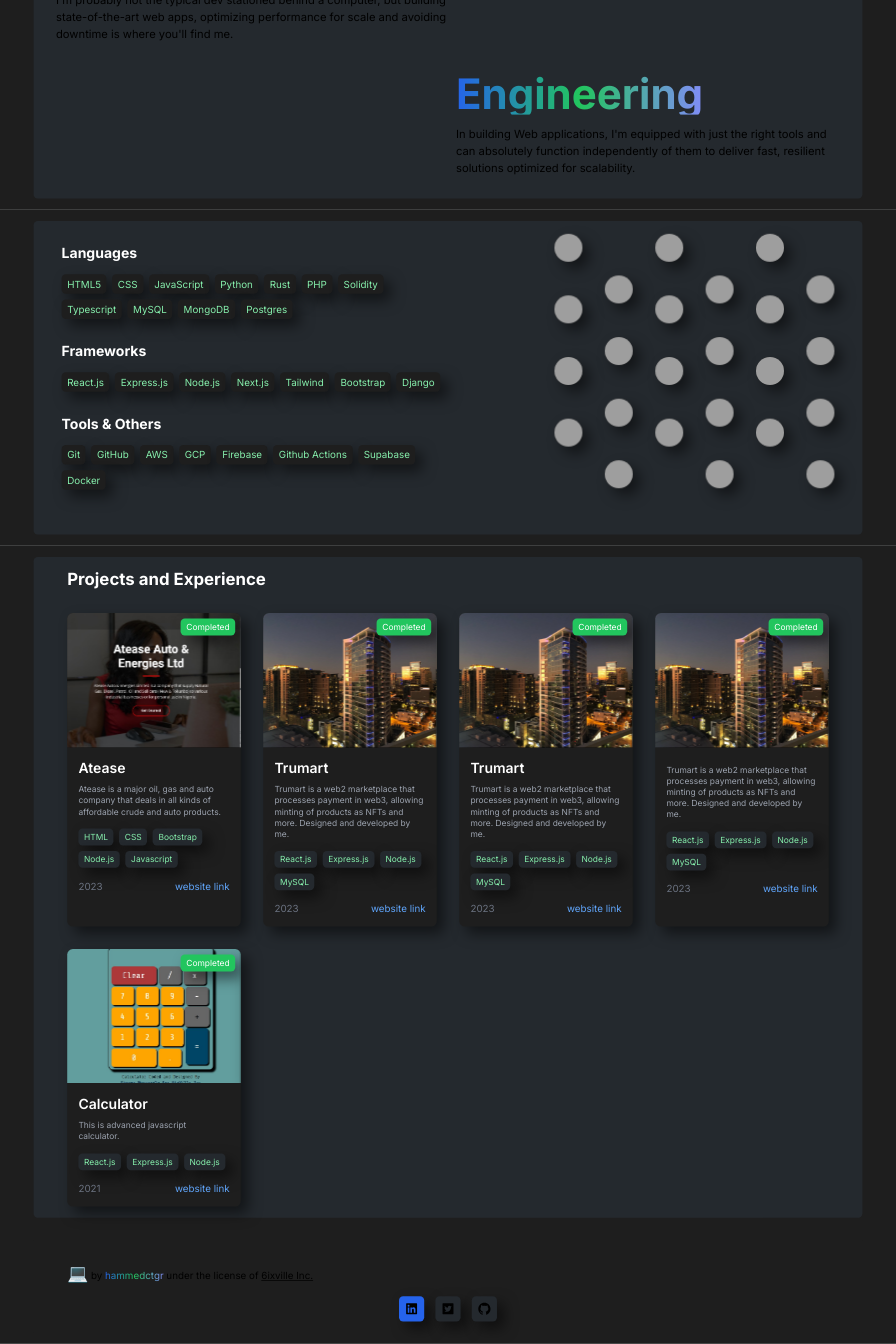
Repository: muhammedctgr/hammedctgr
Page: /
The author's editor kept a copy of each file at every save. The page is drawn from the files as they stood at one save, then again after the next save.
The browser window is 1280 px wide. The pictures show the part of the page from y = 744 to 2664 px (the page is 2664 px tall), at 70% of full size.
Pictures or frames that could not be fetched are drawn as grey boxes. The project was rebuilt for these pictures with package versions that can differ from the ones it lists, and the page was loaded fresh each time. The framework's server and built-in components were replaced by stand-ins that run in the browser. Also part of the build but not shown: next.config.mjs.

Above is the page before, as saved 2024-08-16 20:36:31.

### app/layout.tsx
import type { Metadata } from "next";
import { Inter } from "next/font/google";
import "./globals.css";

const inter = Inter({ subsets: ["latin"] });

export const metadata: Metadata = {
  title: "Popoola Muhammed",
  description: "Generated by create next app",
};

export default function RootLayout({
  children,
}: Readonly<{
  children: React.ReactNode;
}>) {
  return (
    <html lang="en">
      <body className={inter.className}>{children}</body>
    </html>
  );
}

### app/page.tsx
import Head from 'next/head';
import Hero from '../components/Hero';
import SkillsSection from '@/components/SkillsSection';
import SummarySection from '@/components/SummarySection';
import ProjectsSection from '@/components/ProjectsSection';
import Footer from '@/components/Footer';

const Home = () => (
  <div>
    <Head>
      <title>Popoola Muhammed | Fullstack Dev</title>
      <meta name="description" content="Welcome to my developer portfolio" />
    </Head>

    <Hero />
    <SummarySection />
    <SkillsSection />
    <ProjectsSection />
    <Footer />
  </div>
);

export default Home;

### app/globals.css
@tailwind base;
@tailwind components;
@tailwind utilities;

:root {
  --foreground-rgb: 0, 0, 0;
  --background-start-rgb: 214, 219, 220;
  --background-end-rgb: 255, 255, 255;
}

@media (prefers-color-scheme: dark) {
  :root {
    --foreground-rgb: 255, 255, 255;
    --background-start-rgb: 0, 0, 0;
    --background-end-rgb: 0, 0, 0;
  }
}

body {
  color: rgb(var(--foreground-rgb));
  background: linear-gradient(
      to bottom,
      transparent,
      rgb(var(--background-end-rgb))
    )
    rgb(var(--background-start-rgb));
}

@layer utilities {
  .text-balance {
    text-wrap: balance;
  }
}


@keyframes upDown {
  0%, 100% {
    transform: translateY(0);
  }
  50% {
    transform: translateY(-10px); /* Adjust the value as needed */
  }
}

.animate-upDown {
  animation: upDown 2s infinite ease-in-out; /* Adjust duration as needed */
}


@keyframes scroll-medium {
  0% {
    transform: translateY(-100%);
  }
  100% {
    transform: translateY(100%);
  }
}

@keyframes scroll-fast {
  0% {
    transform: translateY(-100%);
  }
  100% {
    transform: translateY(30vh);
  }
}

@keyframes scroll-upfast {
  0% {
    transform: translateY(100%);
  }
  100% {
    transform: translateY(-30vh);
  }
}

.animate-scroll-upfast {
  animation: scroll-upfast 2s linear infinite;
}

.animate-scroll-fast {
  animation: scroll-fast 2s linear infinite;
}

.animate-scroll-medium {
  animation: scroll-medium 6s linear infinite;
}

.animate-scroll-delay {
  animation-delay: 2s;
}

.animate-scroll-delay-long {
  animation-delay: 4s;
}

.animate-scroll {
  animation: scroll 10s linear infinite;
}

.neumorph {
  border-radius: 5px;
  background: linear-gradient(145deg, #161414, #1a1818);
  box-shadow:  5px 5px 10px #111010,
               -5px -5px 10px #1f1c1c;
}

@keyframes slide {
  0% { transform: translateX(0); }
  100% { transform: translateX(-100%); }
}

.infinite-scroll {
  display: flex;
  animation: slide 2s ease-in-out infinite;
}

.infinite-scroll img {
  min-width: 100%;
}

### components/Hero.tsx
import Image from 'next/image';
import profilePic from '../public/profile.png';
import { AiFillLinkedin, AiFillGithub, AiFillTwitterSquare, AiFillX } from 'react-icons/ai';

const Hero = () => {
  return (
    <section className="bg-gptGray px-4 py-4 md:pt-8 md:px-8 lg:px-12 text-white flex items-center">
  <div className="container bg-githubGray shadow-lg rounded-md mx-auto flex flex-col md:flex-row md:px-2 relative overflow-hidden">
    <div className="flex-1 text-left p-4 md:p-8">
      <div className="inline-block bg-blue-600 text-black py-1 px-3 mb-4 rounded-md">
        Hi, I’m
      </div>
      <div className="mb-6">
        <h1 className="text-xl md:text-3xl font-bold">Popoola Muhammed</h1>
        <p className="mt-2 text-lg md:text-xl">Full-Stack Developer, I build and manage</p>
      </div>
      <ul className="mt-4 list-disc list-inside text-xs md:text-base">
        <li>Highly Optimized and Responsive <span className="text-blue-600">FRONT-END</span></li>
        <li>Secure and Scalable <span className="text-blue-600">BACK-END & DATABASE</span></li>
        <li><span className="text-blue-600">IT</span> Infrastructure</li>
      </ul>
      <div className="mt-6">
        <a href="#contact" className="underline">Let’s Connect</a>
        <div className="mt-2 flex justify-start space-x-4">
          <a href="#" className="bg-blue-600 p-2 rounded-md shadow-deep-all transform transition-transform duration-300 hover:scale-110">
            <AiFillLinkedin size={20} />
          </a>
          <a href="#" className="bg-githubGray p-2 rounded-md shadow-deep-all transform transition-transform duration-300 hover:scale-110">
            <AiFillTwitterSquare size={20} />
          </a>
          <a href="#" className="bg-githubGray p-2 rounded-md shadow-deep-all transform transition-transform duration-300 hover:scale-110">
            <AiFillGithub size={20} />
          </a>
        </div>
      </div>
    </div>
    <div className="relative flex-1 p-4 md:p-8">
      <img src="https://cdn.jsdelivr.net/gh/devicons/devicon@latest/icons/python/python-original.svg" className="right-4 w-8 h-8 md:w-16 md:h-16 lg:w-16 lg:h-16 bg-gptGray rounded-md animate-bounce shadow-deep-all" />
      <div className="relative w-40 h-40 md:w-72 md:h-72 lg:w-96 lg:h-96 mx-auto">
        <Image src={profilePic} alt="Popoola Muhammed" layout="fill" className="rounded-full object-cover animate-upDown" />
      </div>
      <img src="https://cdn.jsdelivr.net/gh/devicons/devicon@latest/icons/rust/rust-original.svg"  className="w-8 h-8 md:w-16 md:h-16 lg:w-16 lg:h-16 bg-gptGray rounded-3xl shadow-deep-all animate-bounce absolute top-8 right-4" />
      <img src="https://cdn.jsdelivr.net/gh/devicons/devicon@latest/icons/javascript/javascript-original.svg" className="w-8 h-8 md:w-12 md:h-12 lg:w-12 lg:h-12 bg-gptGray rounded-md animate-bounce shadow-deep-all" />
    </div>
    <img src="https://cdn.jsdelivr.net/gh/devicons/devicon@latest/icons/nextjs/nextjs-original.svg" className="w-8 h-8 md:w-12 md:h-12 lg:w-12 lg:h-12 bg-gptGray rounded-3xl shadow-deep-all animate-bounce absolute bottom-4 right-36" />
  </div>
</section>
  );
};

export default Hero;

### components/SkillsSection.tsx
import Image from 'next/image';
import { FC } from 'react';

interface SkillCategory {
  title: string;
  skills: { name: string; }[];
}

const skills: SkillCategory[] = [
  {
    title: "Languages",
    skills: [
      { name: "HTML5",  },
      { name: "CSS", },
      { name: "JavaScript",  },
      { name: "Python", },
      { name: "Rust",  },
      { name: "PHP", },
      { name: "Solidity",  },
      { name: "Typescript",  },
      { name: "MySQL",  },
      { name: "MongoDB", },
      { name: "Postgres", },
    ],
  },
  {
    title: "Frameworks",
    skills: [
      { name: "React.js", },
      { name: "Express.js",  },
      { name: "Node.js", },
      { name: "Next.js", },
      { name: "Tailwind", },
      { name: "Bootstrap", },
      { name: "Django", }
    ],
  },
  {
    title: "Tools & Others",
    skills: [
      { name: "Git",  },
      { name: "GitHub",  },
      { name: "AWS", },
      { name: "GCP", },
      { name: "Firebase", },
      { name: "Github Actions", },
      { name: "Supabase",  },
      { name: "Docker",  },
    ],
  },
];

const icons = [
  "/icons/html5.svg", // Replace with your icon paths
  "/icons/css3.svg",
  "/icons/javascript.svg",
  "/icons/python.svg",
  // Add the rest of the icons as needed
];

const SkillsSection: FC = () => {
  return (
  <section className="px-4 py-4 md:px-8 lg:px-12 bg-gptGray text-white w-full h-full">
  <div className="container bg-githubGray rounded-md mx-auto flex flex-col md:flex-row items-start md:px-2">
    <div className="flex-1 p-4 md:p-8">
      {skills.map((category) => (
        <div key={category.title} className="mb-8">
          <h2 className="text-lg md:text-xl font-bold mb-4 ">{category.title}</h2>
          <div className="flex flex-wrap gap-2">
            {category.skills.map((skill) => (
              <span
                key={skill.name}
                className={`px-2 py-1 rounded-md text-sm shadow-deep-all bg-gptGray text-green-300`}
              >
                {skill.name}
              </span>
            ))}
          </div>
        </div>
      ))}
    </div>
    <div className="flex-1 flex flex-col items-center md:items-end overflow-hidden md:pb-8">
      <div className="grid grid-cols-6 md:grid-cols-6 gap-8 p-4 md:p-8">
      <img src="https://cdn.jsdelivr.net/gh/devicons/devicon@latest/icons/html5/html5-original.svg" className="w-10 h-10 md:w-10 md:h-10 lg:w-10 lg:h-10 bg-gptGray rounded-3xl shadow-deep-all mt-4 animate-scroll-fast" />
      <img src="https://cdn.jsdelivr.net/gh/devicons/devicon@latest/icons/css3/css3-original.svg" className="w-10 h-10 md:w-10 md:h-10 lg:w-10 lg:h-10 bg-gptGray rounded-3xl shadow-deep-all mt-4 animate-scroll-upfast" />
      <img src="https://cdn.jsdelivr.net/gh/devicons/devicon@latest/icons/javascript/javascript-original.svg" className="w-10 h-10 md:w-10 md:h-10 lg:w-10 lg:h-10 bg-gptGray rounded-3xl shadow-deep-all mt-4 animate-scroll-fast" />
      <img src="https://cdn.jsdelivr.net/gh/devicons/devicon@latest/icons/python/python-original.svg" className="w-10 h-10 md:w-10 md:h-10 lg:w-10 lg:h-10 bg-gptGray rounded-3xl shadow-deep-all mt-4 animate-scroll-upfast" />
      <img src="https://cdn.jsdelivr.net/gh/devicons/devicon@latest/icons/rust/rust-original.svg"  className="w-10 h-10 md:w-10 md:h-10 lg:w-10 lg:h-10 bg-gptGray rounded-3xl shadow-deep-all mt-4 animate-scroll-fast" />
      <img src="https://cdn.jsdelivr.net/gh/devicons/devicon@latest/icons/php/php-original.svg" className="w-10 h-10 md:w-10 md:h-10 lg:w-10 lg:h-10 bg-gptGray rounded-3xl shadow-deep-all mt-4 animate-scroll-upfast"  />
      <img src="https://cdn.jsdelivr.net/gh/devicons/devicon@latest/icons/solidity/solidity-original.svg" className="w-10 h-10 md:w-10 md:h-10 lg:w-10 lg:h-10 bg-gptGray rounded-3xl shadow-deep-all mt-4 animate-scroll-fast" />
      <img src="https://cdn.jsdelivr.net/gh/devicons/devicon@latest/icons/typescript/typescript-original.svg" className="w-10 h-10 md:w-10 md:h-10 lg:w-10 lg:h-10 bg-gptGray rounded-3xl shadow-deep-all mt-4 animate-scroll-upfast" />
      <img src="https://cdn.jsdelivr.net/gh/devicons/devicon@latest/icons/mysql/mysql-original.svg" className="w-10 h-10 md:w-10 md:h-10 lg:w-10 lg:h-10 bg-gptGray rounded-3xl shadow-deep-all mt-4 animate-scroll-fast" />
      <img src="https://cdn.jsdelivr.net/gh/devicons/devicon@latest/icons/mongodb/mongodb-original.svg" className="w-10 h-10 md:w-10 md:h-10 lg:w-10 lg:h-10 bg-gptGray rounded-3xl shadow-deep-all mt-4 animate-scroll-upfast" />
      <img src="https://cdn.jsdelivr.net/gh/devicons/devicon@latest/icons/react/react-original.svg" className="w-10 h-10 md:w-10 md:h-10 lg:w-10 lg:h-10 bg-gptGray rounded-3xl shadow-deep-all mt-4 animate-scroll-fast" />
      <img src="https://cdn.jsdelivr.net/gh/devicons/devicon@latest/icons/nextjs/nextjs-original.svg" className="w-10 h-10 md:w-10 md:h-10 lg:w-10 lg:h-10 bg-gptGray rounded-3xl shadow-deep-all mt-4 animate-scroll-upfast" />
      <img src="https://cdn.jsdelivr.net/gh/devicons/devicon@latest/icons/tailwindcss/tailwindcss-original.svg" className="w-10 h-10 md:w-10 md:h-10 lg:w-10 lg:h-10 bg-gptGray rounded-3xl shadow-deep-all mt-4 animate-scroll-fast" />
      <img src="https://cdn.jsdelivr.net/gh/devicons/devicon@latest/icons/git/git-original.svg" className="w-10 h-10 md:w-10 md:h-10 lg:w-10 lg:h-10 bg-gptGray rounded-3xl shadow-deep-all mt-4 animate-scroll-upfast" />
      <img src="https://cdn.jsdelivr.net/gh/devicons/devicon@latest/icons/github/github-original.svg" className="w-10 h-10 md:w-10 md:h-10 lg:w-10 lg:h-10 bg-gptGray rounded-3xl shadow-deep-all mt-4 animate-scroll-fast" />
      <img src="https://cdn.jsdelivr.net/gh/devicons/devicon@latest/icons/amazonwebservices/amazonwebservices-original-wordmark.svg" className="w-10 h-10 md:w-10 md:h-10 lg:w-10 lg:h-10 bg-gptGray rounded-3xl shadow-deep-all mt-4 animate-scroll-upfast" />
      <img src="https://cdn.jsdelivr.net/gh/devicons/devicon@latest/icons/googlecloud/googlecloud-original.svg" className="w-10 h-10 md:w-10 md:h-10 lg:w-10 lg:h-10 bg-gptGray rounded-3xl shadow-deep-all mt-4 animate-scroll-fast" />
      <img src="https://cdn.jsdelivr.net/gh/devicons/devicon@latest/icons/postgresql/postgresql-original.svg" className="w-10 h-10 md:w-10 md:h-10 lg:w-10 lg:h-10 bg-gptGray rounded-3xl shadow-deep-all mt-4 animate-scroll-upfast" />
      <img src="https://cdn.jsdelivr.net/gh/devicons/devicon@latest/icons/supabase/supabase-original.svg" className="w-10 h-10 md:w-10 md:h-10 lg:w-10 lg:h-10 bg-gptGray rounded-3xl shadow-deep-all mt-4 animate-scroll-fast" />
      <img src="https://cdn.jsdelivr.net/gh/devicons/devicon@latest/icons/docker/docker-original.svg" className="w-10 h-10 md:w-10 md:h-10 lg:w-10 lg:h-10 bg-gptGray rounded-3xl shadow-deep-all mt-4 animate-scroll-upfast" />
      <img src="https://cdn.jsdelivr.net/gh/devicons/devicon@latest/icons/django/django-plain.svg" className="w-10 h-10 md:w-10 md:h-10 lg:w-10 lg:h-10 bg-gptGray rounded-3xl shadow-deep-all mt-4 animate-scroll-fast" />
      <img src="https://cdn.jsdelivr.net/gh/devicons/devicon@latest/icons/bootstrap/bootstrap-original.svg" className="w-10 h-10 md:w-10 md:h-10 lg:w-10 lg:h-10 bg-gptGray rounded-3xl shadow-deep-all mt-4 animate-scroll-upfast" />
      <img src="https://cdn.jsdelivr.net/gh/devicons/devicon@latest/icons/nodejs/nodejs-original.svg" className="w-10 h-10 md:w-10 md:h-10 lg:w-10 lg:h-10 bg-gptGray rounded-3xl shadow-deep-all mt-4 animate-scroll-fast" />
      <img src="https://cdn.jsdelivr.net/gh/devicons/devicon@latest/icons/githubactions/githubactions-original.svg" className="w-10 h-10 md:w-10 md:h-10 lg:w-10 lg:h-10 bg-gptGray rounded-3xl shadow-deep-all mt-4 animate-scroll-upfast" />
      </div>
    </div>
  </div>
</section>
  );
};

export default SkillsSection;

### components/SummarySection.tsx
import { FC } from 'react';

const SummarySection: FC = () => {
  return (
<section className="px-4 py-4 md:px-8 lg:px-12 bg-gptGray relative overflow-hidden">
  <div className="container bg-githubGray mx-auto flex rounded-md flex-col md:flex-row justify-between items-start md:px-8 p-4 md:p-8">
    <div className=" mb-8 md:mb-8">
      <div className="mb-4">
        <span className="text-4xl md:text-6xl font-bold bg-gradient-to-r from-blue-600 via-green-500 to-indigo-400 inline-block text-transparent bg-clip-text">Software</span>
      </div>
      <p className="text-sm md:text-base">
        I'm probably not the typical dev stationed behind a computer, but building state-of-the-art web apps, optimizing performance for scale and avoiding downtime is where you'll find me.
      </p>
    </div>
    <div className=" md:mt-48">
      <div className="mb-4">
        <span className="text-4xl md:text-6xl font-bold bg-gradient-to-r from-blue-600 via-green-500 to-indigo-400 inline-block text-transparent bg-clip-text">Engineering</span>
      </div>
      <p className="text-sm md:text-base">
        In building Web applications, I'm equipped with just the right tools and can absolutely function independently of them to deliver fast, resilient solutions optimized for scalability.
      </p>
    </div>
  </div>
</section>
  );
};

export default SummarySection;

### components/ProjectsSection.tsx
import { FC } from 'react';

interface Project {
  title: string;
  description: string;
  technologies: string[];
  date: string;
  status: string;
  images: string[];
  link: string;
}

const projects: Project[] = [
  {
    title: "Atease",
    description: "Atease is a major oil, gas and auto company that deals in all kinds of affordable crude and auto products.",
    technologies: ["HTML", "CSS", "Bootstrap", "Node.js", "Javascript"],
    date: "2023",
    status: "Completed",
    images: ["at1.jpg", "at2.jpg", "at3.jpg",],
    link: "https://ateasegroup.com",
  },
  {
    title: "Trumart",
    description: "Trumart is a web2 marketplace that processes payment in web3, allowing minting of products as NFTs and more. Designed and developed by me.",
    technologies: ["React.js", "Express.js", "Node.js", "MySQL"],
    date: "2023",
    status: "Completed",
    images: ["pic1.jpg", "pic1.jpg", "pic1.jpg"],
    link: "https://example.com",
  },
  {
    title: "Trumart",
    description: "Trumart is a web2 marketplace that processes payment in web3, allowing minting of products as NFTs and more. Designed and developed by me.",
    technologies: ["React.js", "Express.js", "Node.js", "MySQL"],
    date: "2023",
    status: "Completed",
    images: ["pic1.jpg", "pic1.jpg",],
    link: "https://example.com",
  },
  {
    title: "",
    description: "Trumart is a web2 marketplace that processes payment in web3, allowing minting of products as NFTs and more. Designed and developed by me.",
    technologies: ["React.js", "Express.js", "Node.js", "MySQL"],
    date: "2023",
    status: "Completed",
    images: ["pic1.jpg", "pic1.jpg",],
    link: "https://example.com",
  },
  {
    title: "Calculator",
    description: "This is advanced javascript calculator.",
    technologies: ["React.js", "Express.js", "Node.js",],
    date: "2021",
    status: "Completed",
    images: ["calc1.jpg", "calc2.jpg", "at1.jpg",],
    link: "https://codepen.io/6ix-ville/full/zYEOQex",
  },
  // Add more projects as needed...
];

const ProjectsSection: FC = () => {
  return (
    <section className="bg-gptGray md:px-8 px-4 py-4 lg:px-12">
      <div className="container bg-githubGray rounded-md mx-auto md:px-8">
        <h2 className="text-2xl font-bold text-white p-4">Projects and Experience</h2>
        <div className="grid grid-cols-1 sm:grid-cols-3 lg:grid-cols-4 gap-8 p-4">
          {projects.map((project, index) => (
            <div key={index} className="bg-gptGray rounded-lg overflow-hidden shadow-deep-all transform transition-transform duration-300 hover:scale-105 ">
              <div className="relative w-full h-48 overflow-hidden">
                <div className="absolute inset-0 flex animate-slide infinite-scroll">
                  {project.images.map((image, i) => (
                    <img key={i} src={image} alt={`${project.title} image ${i + 2}`} className="w-full h-full object-cover shadow-deep-all" />
                  ))}
                </div>
                <span className="shadow-deep-all absolute top-2 right-2 bg-green-500 text-xs text-white px-2 py-1 rounded-md">{project.status}</span>
              </div>
              <div className="p-4">
                <h3 className="text-xl font-semibold text-white mb-2">{project.title}</h3>
                <p className="text-gray-400 text-xs mb-4">{project.description}</p>
                <div className="flex flex-wrap gap-2 mb-4">
                  {project.technologies.map((tech, i) => (
                    <span key={i} className="bg-githubGray shadow-deep-all text-green-300 text-xs px-2 py-1 rounded-md">{tech}</span>
                  ))}
                </div>
                <div className="flex justify-between items-center">
                  <span className="text-gray-500 text-sm">{project.date}</span>
                  <a href={project.link} target="_blank" rel="noopener noreferrer" className="text-blue-400 hover:underline text-sm">website link</a>
                </div>
              </div>
            </div>
          ))}
        </div>
      </div>
    </section>
  );
};

export default ProjectsSection;

### components/Footer.tsx
import { AiFillLinkedin, AiFillGithub, AiFillTwitterSquare, AiFillX } from 'react-icons/ai';

const Footer = () => {
    return (
        <div className="bg-gptGray px-4 py-4 md:pt-4 md:px-4 lg:px-12">
            <div className='bg-gptGray px-4 py-4 md:pt-8 md:px-12 text-sm'>
                <p>
                <span className='text-2xl'>&#128187;</span> by <span className='bg-gradient-to-r from-blue-600 via-green-500 to-indigo-400 inline-block text-transparent bg-clip-text'>hammedctgr</span> under the license of <a href="https://6ixville.github.io/" target="_blank" rel="noopener noreferrer" className='underline'>6ixville Inc.</a>
                </p>
                <div className="">
                    <div className="flex justify-center space-x-4 mt-4">
                        <a href="#" className="bg-blue-600 p-2 rounded-md shadow-deep-all transform transition-transform duration-300 hover:scale-110">
                            <AiFillLinkedin size={20} />
                        </a>
                        <a href="#" className="bg-githubGray p-2 rounded-md shadow-deep-all transform transition-transform duration-300 hover:scale-110">
                            <AiFillTwitterSquare size={20} />
                        </a>
                        <a href="#" className="bg-githubGray p-2 rounded-md shadow-deep-all transform transition-transform duration-300 hover:scale-110">
                            <AiFillGithub size={20} />
                        </a>
                    </div>
                </div>
            </div>
       </div>
     );
}

export default Footer;

### tailwind.config.ts
import type { Config } from "tailwindcss";

const config: Config = {
  content: [
    "./pages/**/*.{js,ts,jsx,tsx,mdx}",
    "./components/**/*.{js,ts,jsx,tsx,mdx}",
    "./app/**/*.{js,ts,jsx,tsx,mdx}",
  ],
  theme: {
    extend: {
      backgroundImage: {
        "gradient-radial": "radial-gradient(var(--tw-gradient-stops))",
        "gradient-conic":
          "conic-gradient(from 180deg at 50% 50%, var(--tw-gradient-stops))",
      },
      colors: {
        githubGray: '#24292e',
        gptGray: '#1e1e1e', // Define the exact color
        gradient: 'bg-gradient-to-r from-blue-600 via-green-500 to-indigo-400 inline-block text-transparent bg-clip-text'
      },
      boxShadow: {
        'deep-right': '10px 10px 20px rgba(0, 0, 0, 0.25)',  // Right side shadow
        'deep-left': '-10px 10px 20px rgba(0, 0, 0, 0.25)',  // Left side shadow
        'deep-top': '10px -10px 20px rgba(0, 0, 0, 0.25)',   // Top side shadow
        'deep-bottom': '10px 10px 20px rgba(0, 0, 0, 0.25)', // Bottom side shadow
        'deep-all': '10px 10px 20px rgba(0, 0, 0, 0.5)',     // All sides shadow
      }
    },
  },
  plugins: [],
};
export default config;

After the next save:
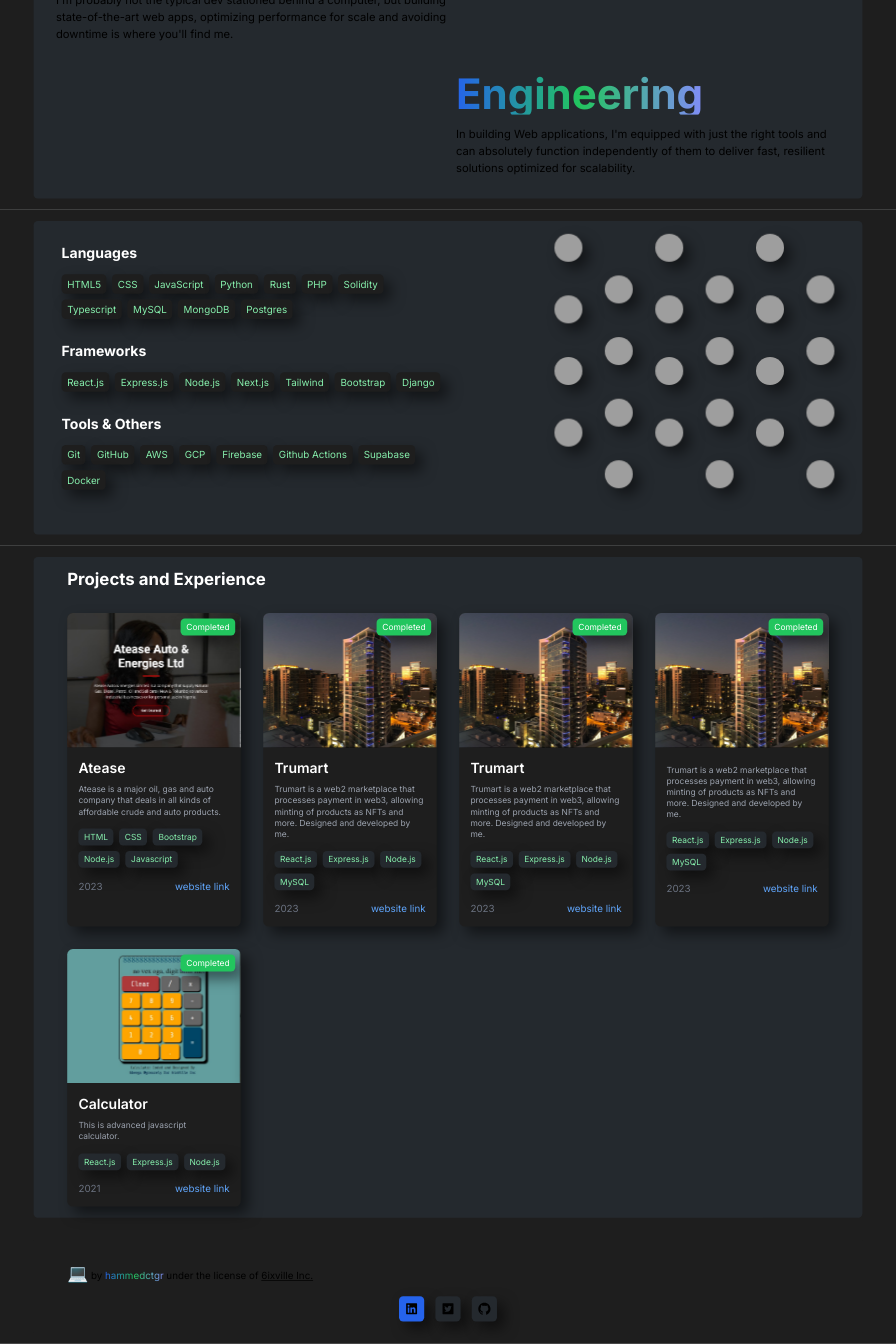
Saved 28 s later.
--- a/components/ProjectsSection.tsx
+++ b/components/ProjectsSection.tsx
@@ -53,7 +53,7 @@ const projects: Project[] = [
     technologies: ["React.js", "Express.js", "Node.js",],
     date: "2021",
     status: "Completed",
-    images: ["calc1.jpg", "calc2.jpg", "at1.jpg",],
+    images: ["calc2.jpg", "at1.jpg",],
     link: "https://codepen.io/6ix-ville/full/zYEOQex",
   },
   // Add more projects as needed...
